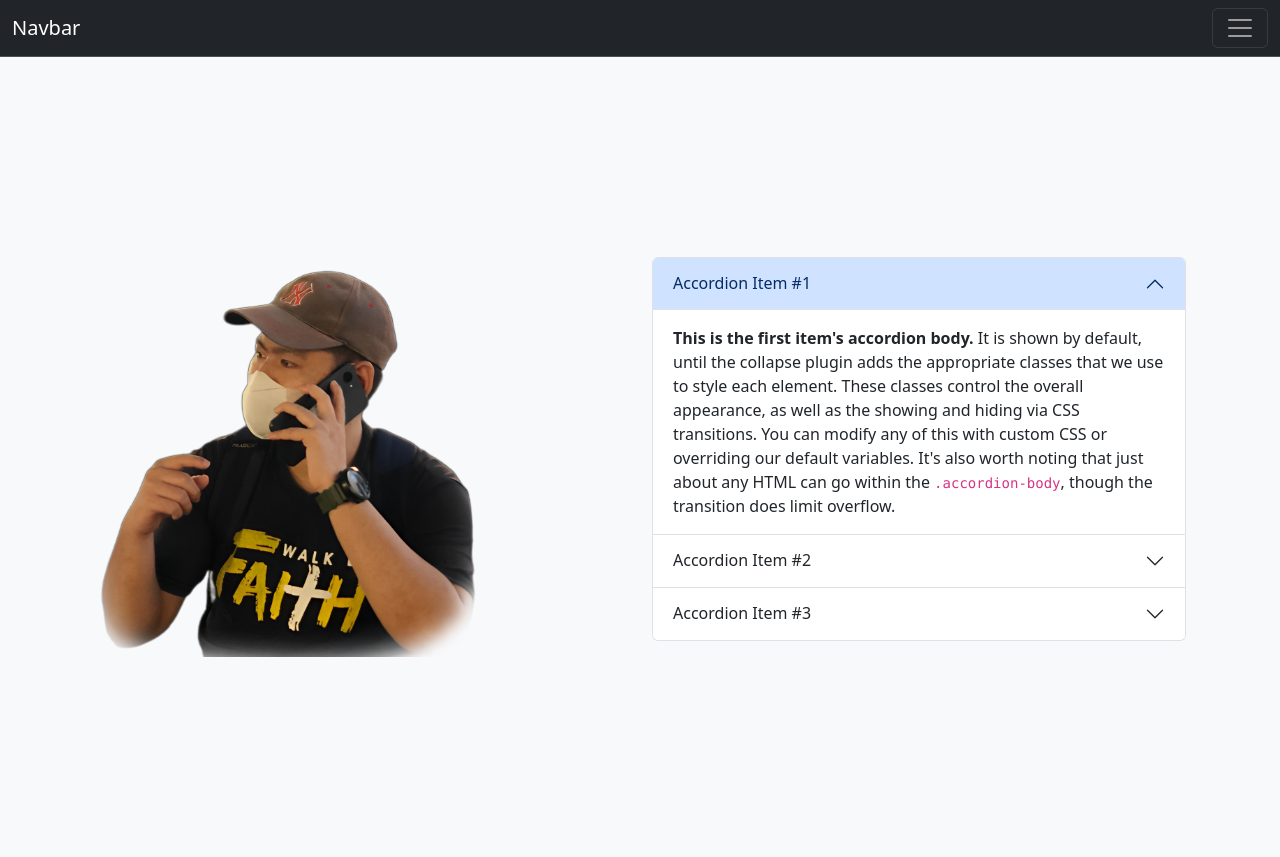
Repository: Shin-da/jeffmathew-portfolio
Page: index.html
An editor plug-in stored every save of this project. The page is shown before and after the next save, followed by the edit.
The browser window is 1280 px wide. The pictures show the whole page.

Above is the page before, as saved 2023-10-07 17:17:59.

After the next save:
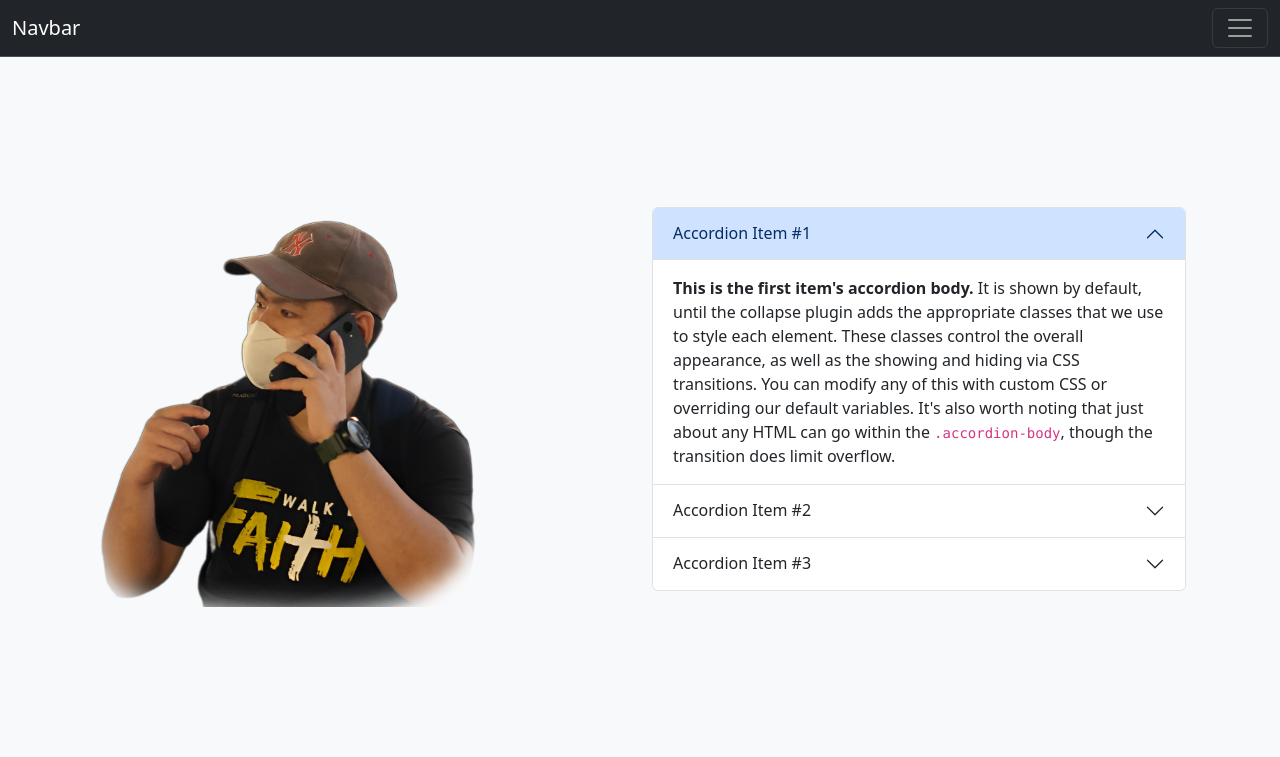
Saved 8 s later.
--- a/index.html
+++ b/index.html
@@ -36,7 +36,7 @@
   </nav>
 
   <section>
-    <div class="container-fluid d-flex justify-content-center align-items-center bg-light p-5" style="height: 800px;">
+    <div class="container-fluid d-flex justify-content-center align-items-center bg-light p-5" style="height: 700px;">
       <div class="container d-flex flex-row">
         <div class="container">
           <img src="jef.png" alt="user's picture" width="400px">
